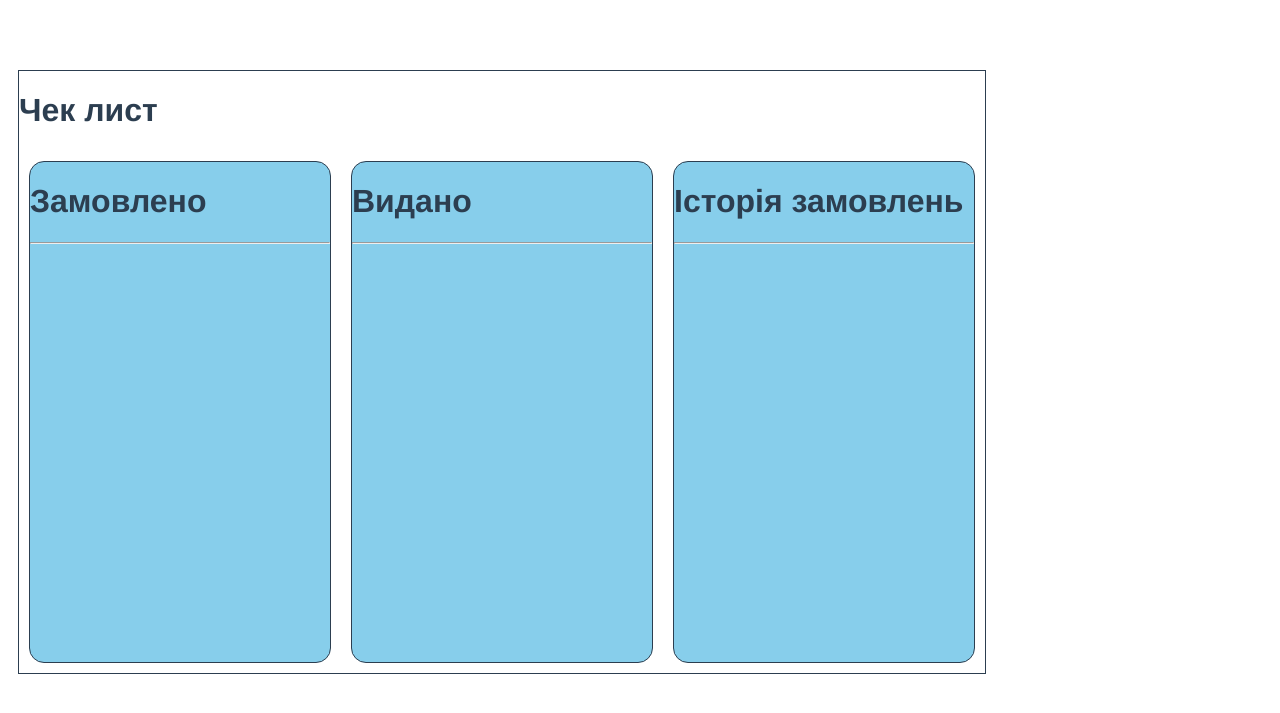
Repository: Salexandraa/HOME_Subotina
Page: / (app in order-list/)
An editor plug-in stored every save of this project. The page is shown before and after the next save, followed by the edit.
The browser window is 1280 px wide. The pictures show the whole page.
The project was rebuilt for these pictures with package versions that can differ from the ones it lists, and the page was loaded fresh each time.

Above is the page before, as saved 2020-10-09 17:06:29.

### order-list/src/App.vue
<template>
  <div id="app">
  <!-- <reserved :listDishes= "dishesList"
  title='Замовлено'
  />
  <order-issued title="Видано"/>
  <history title="Історія замовлень"/> -->
  <check-list title="Чек лист"/>
  </div>
</template>

<script>
//import Reserved from "./components/CheckList/Reserved";
import dishesList from "../settings"
//import OrderIssued from "./components/CheckList/OrderIssued"
//import History from "./components/CheckList/History"
import CheckList from "./components/CheckList"
export default {
  name: "App",
  components: {
    //Reserved,
   //OrderIssued,
    //History,
    CheckList
  },
  data() {
    return {
      dishesList
      // dishesList: [
      //   {
      //     id: 1,
      //     name: "Pizza",
      //   },
      //    {
      //     id: 2,
      //     name: "Pasta",
      //   },
      //    {
      //     id:3,
      //     name: "Rizzoto",
      //   },
      //    {
      //     id: 4,
      //     name: "Minestrone soup",
      //   },
      //    {
      //     id:5,
      //     name: "Onion soup",
      //   },
      // ],
    };
  },
};
</script>

<style>
#app {
  font-family: Avenir, Helvetica, Arial, sans-serif;
  -webkit-font-smoothing: antialiased;
  -moz-osx-font-smoothing: grayscale;
  /* text-align: center; */
  color: #2c3e50;
  margin-top: 60px;
}
</style>

### order-list/settings.js
export default [
    {
      id: 1,
      name: "Pizza",
    },
     {
      id: 2,
      name: "Pasta",
    },
     {
      id:3,
      name: "Rizotto",
    },
     {
      id: 4,
      name: "Minestrone soup",
    },
     {
      id:5,
      name: "Onion soup",
    },
  ]

### order-list/src/components/CheckList/index.vue
<template>
    <div class="container">
<div>
    <h1>{{title}}</h1>
</div>
<div>
  <reserved :listDishes= "dishesList"
  title='Замовлено'/>
  <order-issued title="Видано"/>
  <history title="Історія замовлень"/>
</div>
    </div>
</template>

<script>
import Reserved from "./Reserved"
import OrderIssued from "./OrderIssued"
import History from "./History"
    export default {
        name:"CheckList",
        components:{
            Reserved,
            OrderIssued,
            History
        },
        props: {
            // dishesList: {
            //     type: Array,
            //     default: ()=>[]
            // },
            title:{
                type:String,
                default: ''
            }
        },

    }
</script>

<style lang="css" scoped>
.container{
    border: 1px solid;

   display: inline-block;
  justify-content: center;
   margin: 10px;



}
</style>

### order-list/src/components/CheckList/Reserved/index.vue
<template>
    <div class="container">
<div>
    <h1>{{title}}</h1>
</div>
 <div><ol >
        <li v-for="item in listDishes" :key="item.name" value="item.name"  >
          {{item.name}}  <input type="checkbox"  v-model="item.names"  >
        </li>
    </ol>
</div>
<hr>
<div>
      <ol>
        <li v-for="item in listDishes" :key="item.id" >
           {{item.names}} <input type="checkbox" >
        </li>

    </ol>

</div>
    </div>
</template>

<script>
    export default {
        name: "Reserved",
        props: {
             listDishes: {
                type: Array,
                default: ()=>[]
            },
            title: {
                type: String,
                default: '',

            },
        }
    }
</script>

<style lang="css" scoped>
.container{
    width: 300px;
    height: 500px;
    border: 2px solid;
    border-radius: 15px;
    background-color: skyblue;
}
</style>

### order-list/src/components/CheckList/OrderIssued/index.vue
<template>
  <div class="container">
    <div>
      <h1>{{ title }}</h1>
    </div>
    <div>
      <ol>
        <li v-for="item in dishesList" :key="item.name">
          {{ item.name }} <input type="checkbox" v-model="item.names" />
        </li>
      </ol>
    </div>
    <hr>
  </div>
</template>

<script>
export default {
  name: "OrderIssued",
  props: {
    title: {
      type: String,
      default: "",
    },
  },
};
</script>

<style lang="css" scoped>
.container {
  width: 300px;
  height: 500px;
  border: 2px solid;
  border-radius: 15px;
  background-color: skyblue;
}
</style>

### order-list/src/components/CheckList/History/index.vue
<template>
    <div class="container">
   <div>
      <h1>{{ title }}</h1>
    </div>
    <div>
      <ol>
        <li v-for="item in dishesList" :key="item.name">
          {{ item.name }} <input type="checkbox" v-model="item.names" />
        </li>
      </ol>
    </div>
    <hr>
    </div>
</template>

<script>
    export default {
        name: "History",
        props: {
            title: {
                type: String,
                default: ""
            },
        },
    }
</script>

<style lang="css" scoped>
.container {
  width: 300px;
  height: 500px;
  border: 2px solid;
  border-radius: 15px;
  background-color: skyblue;
}

</style>

Loaded but not shown: order-list/public/index.html (common file); order-list/src/main.js (common file)

After the next save:
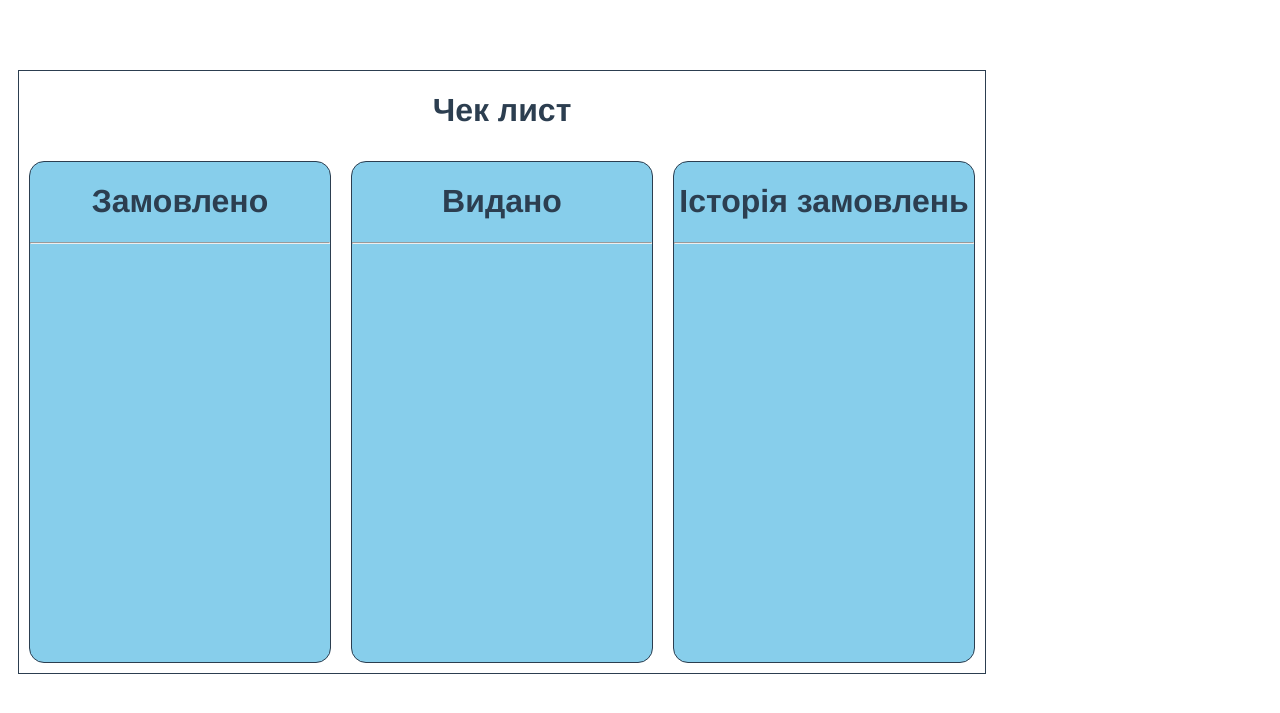
Saved 23 s later.
--- a/order-list/src/components/CheckList/index.vue
+++ b/order-list/src/components/CheckList/index.vue
@@ -40,9 +40,9 @@ import History from "./History"
 <style lang="css" scoped>
 .container{
     border: 1px solid;
+    text-align: center;
+   display: inline-block;
 
-   display: inline-block;
-  justify-content: center;
    margin: 10px;
 
 
